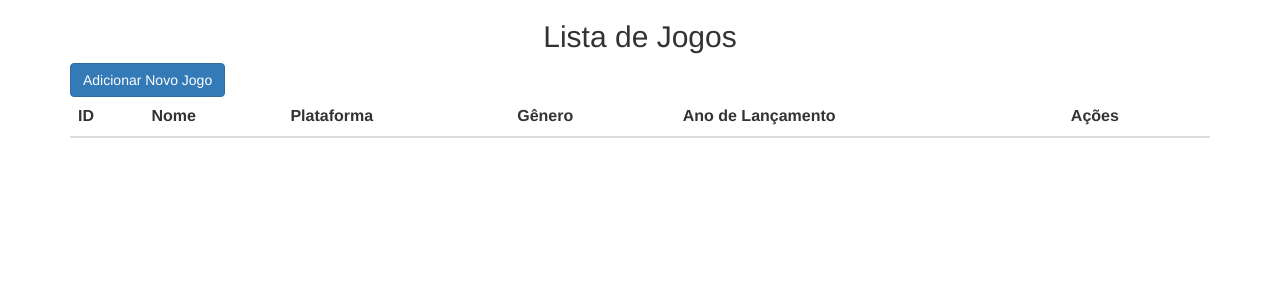
Repository: Tulio220/cadastroJogos
Page: http://localhost/aulaEly/trabalhoEly/index.jsp
These files come from the project's save history. The page is drawn as it stood at one moment and after the next save; the edit follows.
The browser window is 1280 px wide. The pictures show the whole page.
The page is served by Tomcat 9. Other server files are loaded and not shown.

Above is the page before, as saved 2024-10-01 00:34:27.

### aulaEly/src/main/webapp/trabalhoEly/index.jsp
<%@ page import="java.sql.*" %>
<%@ page contentType="text/html;charset=UTF-8" language="java" %>
<html>
<head>
    <title>Lista de Jogos</title>
    <link rel="stylesheet" href="https://maxcdn.bootstrapcdn.com/bootstrap/3.4.1/css/bootstrap.min.css">
</head>
<body>
<div class="container">
    <h2 class="text-center">Lista de Jogos</h2>
    <a href="add_jogo.jsp" class="btn btn-primary">Adicionar Novo Jogo</a>
    <table class="table table-striped">
        <thead>
            <tr>
                <th>ID</th>
                <th>Nome</th>
                <th>Plataforma</th>
                <th>Gênero</th>
                <th>Ano de Lançamento</th>
                <th>Ações</th>
            </tr>
        </thead>
        <tbody>

        </tbody>
    </table>
</div>
</body>
</html>

After the next save:
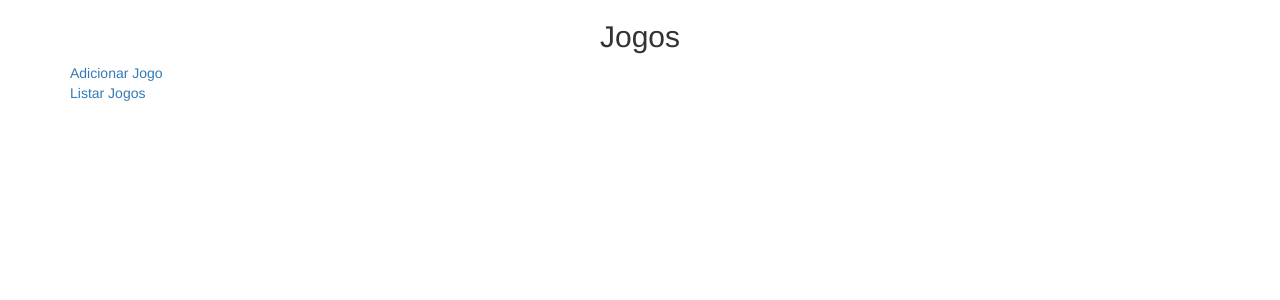
Saved 51 s later.
--- a/aulaEly/src/main/webapp/trabalhoEly/index.jsp
+++ b/aulaEly/src/main/webapp/trabalhoEly/index.jsp
@@ -7,23 +7,11 @@
 </head>
 <body>
 <div class="container">
-    <h2 class="text-center">Lista de Jogos</h2>
-    <a href="add_jogo.jsp" class="btn btn-primary">Adicionar Novo Jogo</a>
-    <table class="table table-striped">
-        <thead>
-            <tr>
-                <th>ID</th>
-                <th>Nome</th>
-                <th>Plataforma</th>
-                <th>Gênero</th>
-                <th>Ano de Lançamento</th>
-                <th>Ações</th>
-            </tr>
-        </thead>
-        <tbody>
+    <h2 class="text-center">Jogos</h2>
 
-        </tbody>
-    </table>
+	<a href="add_jogo.jsp">Adicionar Jogo</a>
+	<br/>
+	<a href="listar.jsp">Listar Jogos</a>
 </div>
 </body>
 </html>
